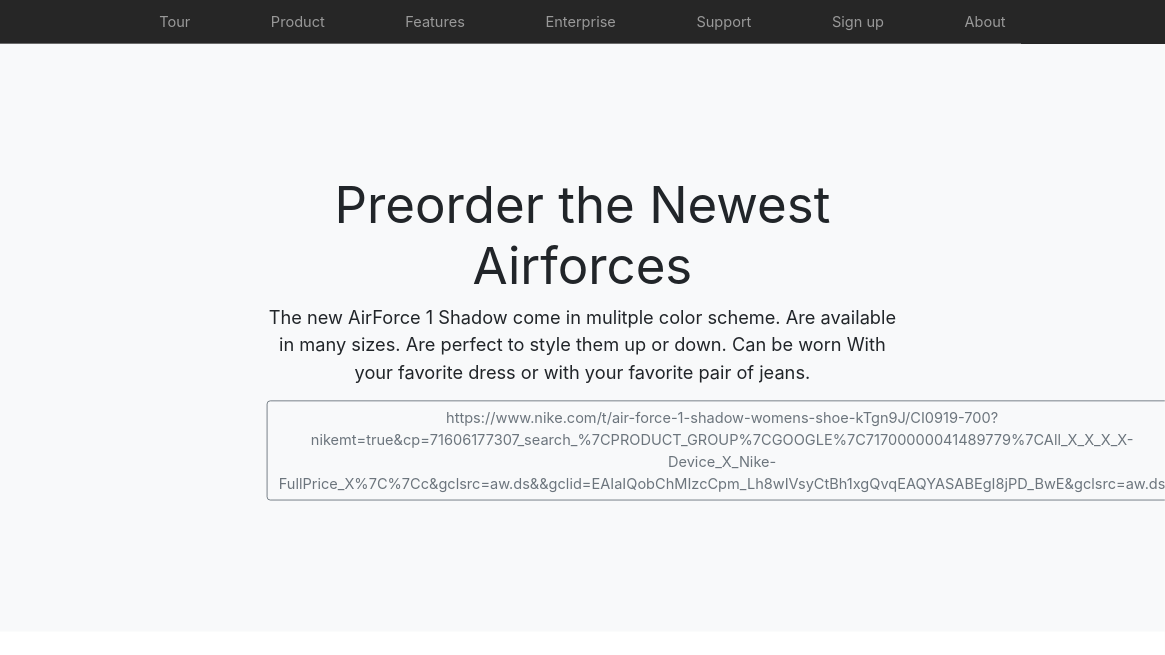
Repository: ksanc097/karlasanchezlagunas-website
Page: LearnCS8-Twilio/index.html
The author's editor kept a record of every edit. The page is drawn from the files as they stood at one moment, then again after the next edit.
The browser window is 1280 px wide. The pictures show the whole page, at 91% of full size.

Above is the page before.

### LearnCS8-Twilio/index.html
<!doctype html>
<html lang="en">
  <head>
    <!-- Required meta tags -->
    <meta charset="utf-8">
    <meta name="viewport" content="width=device-width, initial-scale=1, shrink-to-fit=no">
    <meta name="description" content="This website gets you the ability to get your AirForce for a good price">
    <meta name="Karla Sanchez Lagunas" content="862246744">

    <!-- Bootstrap CSS -->
    <link rel="stylesheet" href="https://stackpath.bootstrapcdn.com/bootstrap/4.5.2/css/bootstrap.min.css" integrity="sha384-JcKb8q3iqJ61gNV9KGb8thSsNjpSL0n8PARn9HuZOnIxN0hoP+VmmDGMN5t9UJ0Z" crossorigin="anonymous">

    <!-- Title of your Website -->
    <title>"AirForce"</title>
    <link href="product.css" rel="stylesheet">
  </head>
  <body>
    <nav class="site-header sticky-top py-1">
    <!-- Top Menu Bar -->
    <div class="container d-flex flex-column flex-md-row justify-content-between">
        <a class="py-2 d-none d-md-inline-block" id="menu-item-1" href="https://www.google.com/">Tour</a>
        <a class="py-2 d-none d-md-inline-block" id="menu-item-2" href="#">Product</a>
        <a class="py-2 d-none d-md-inline-block" id="menu-item-3" href="#">Features</a>
        <a class="py-2 d-none d-md-inline-block" id="menu-item-4" href="#">Enterprise</a>
        <a class="py-2 d-none d-md-inline-block" id="menu-item-5" href="#">Support</a>
        <a class="py-2 d-none d-md-inline-block" id="menu-item-6" href="#">Sign up</a>
        <a class="py-2 d-none d-md-inline-block" id="menu-item-7" href="#">About</a>
    </div>
</nav>
<!-- Main Header Section h1-->
<div class="position-relative overflow-hidden p-3 p-md-5 m-md-0 text-center bg-light">
    <div class="col-md-8 p-lg-5 mx-auto my-5">
        <h1 class="display-4 font-weight-normal">Preorder the Newest Airforces</h1>
        <p class="lead font-weight-normal">The new AirForce 1 Shadow come in mulitple color scheme. Are available in many sizes. Are perfect to style them up or down. Can be worn With your favorite dress or with your favorite pair of jeans.  </p>
        <a class="btn btn-outline-secondary" href="#">https://www.nike.com/t/air-force-1-shadow-womens-shoe-kTgn9J/CI0919-700?nikemt=true&cp=71606177307_search_%7CPRODUCT_GROUP%7CGOOGLE%7C71700000041489779%7CAll_X_X_X_X-Device_X_Nike-FullPrice_X%7C%7Cc&gclsrc=aw.ds&&gclid=EAIaIQobChMIzcCpm_Lh8wIVsyCtBh1xgQvqEAQYASABEgI8jPD_BwE&gclsrc=aw.ds</a>
    </div>
</div>
  </body>
</html>

### LearnCS8-Twilio/product.css
.container {
  max-width: 960px;
}

/*
 * Custom translucent site header
 */

.site-header {
  background-color: rgba(0, 0, 0, .85);
  -webkit-backdrop-filter: saturate(180%) blur(20px);
  backdrop-filter: saturate(180%) blur(20px);
}
.site-header a {
  color: #999;
  transition: ease-in-out color .15s;
}
.site-header a:hover {
  color: #fff;
  text-decoration: none;
}

/*
 * Dummy devices (replace them with your own or something else entirely!)
 */

.product-device {
  position: absolute;
  right: 10%;
  bottom: -30%;
  width: 300px;
  height: 540px;
  background-color: #333;
  border-radius: 21px;
  -webkit-transform: rotate(30deg);
  transform: rotate(30deg);
}

.product-device::before {
  position: absolute;
  top: 10%;
  right: 10px;
  bottom: 10%;
  left: 10px;
  content: "";
  background-color: rgba(255, 255, 255, .1);
  border-radius: 5px;
}

.product-device-2 {
  top: -25%;
  right: auto;
  bottom: 0;
  left: 5%;
  background-color: #e5e5e5;
}


/*
 * Extra utilities
 */

.flex-equal > * {
  -ms-flex: 1;
  flex: 1;
}
@media (min-width: 768px) {
  .flex-md-equal > * {
    -ms-flex: 1;
    flex: 1;
  }
}

.overflow-hidden { overflow: hidden; }

After the next edit:
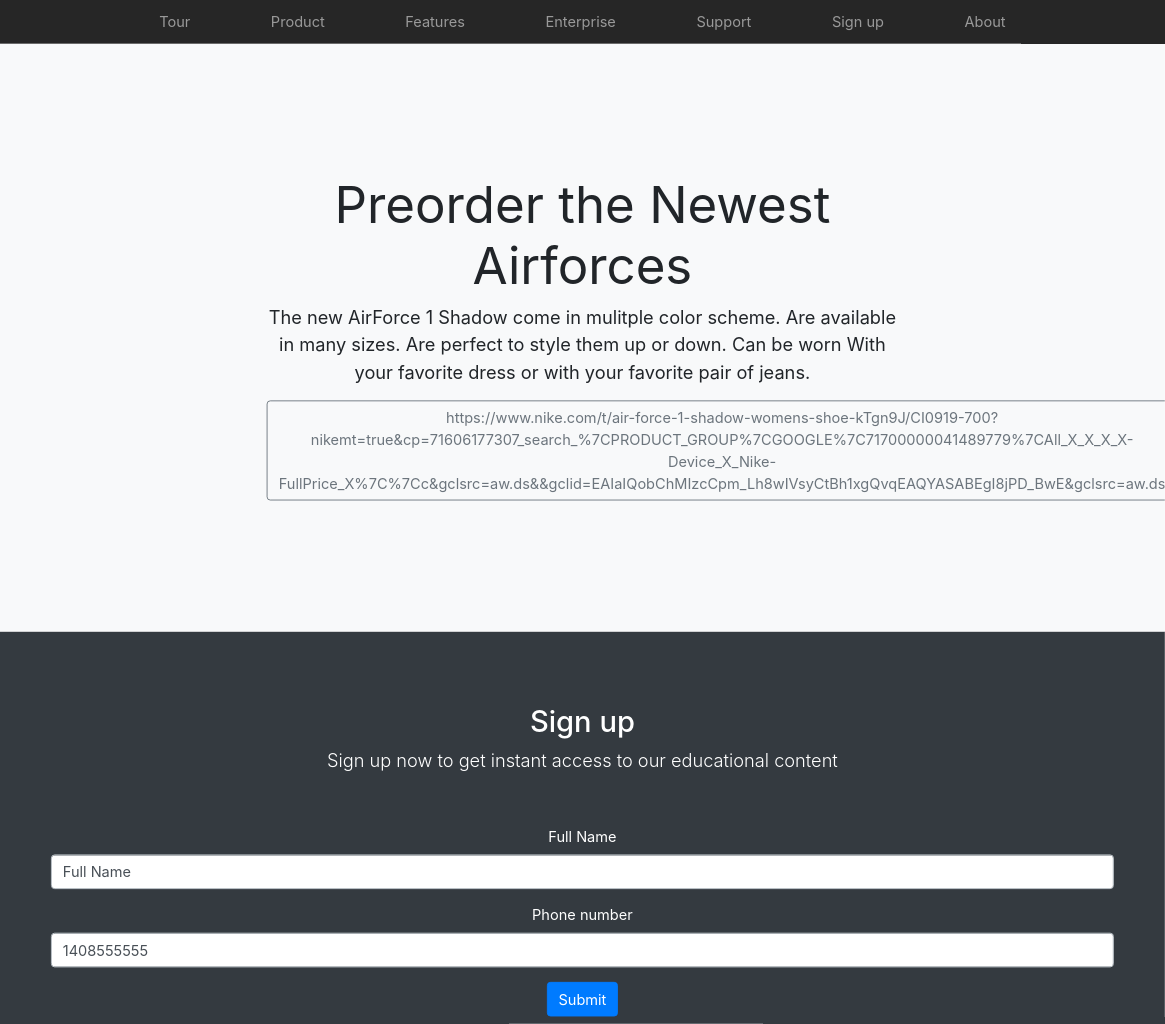
The edit:
--- a/LearnCS8-Twilio/index.html
+++ b/LearnCS8-Twilio/index.html
@@ -35,5 +35,44 @@
         <a class="btn btn-outline-secondary" href="#">https://www.nike.com/t/air-force-1-shadow-womens-shoe-kTgn9J/CI0919-700?nikemt=true&cp=71606177307_search_%7CPRODUCT_GROUP%7CGOOGLE%7C71700000041489779%7CAll_X_X_X_X-Device_X_Nike-FullPrice_X%7C%7Cc&gclsrc=aw.ds&&gclid=EAIaIQobChMIzcCpm_Lh8wIVsyCtBh1xgQvqEAQYASABEgI8jPD_BwE&gclsrc=aw.ds</a>
     </div>
 </div>
+<!-- Left Tile -->
+<div class="d-md-flex flex-md-equal w-100">
+    <div class="bg-dark pt-3 px-3 pt-md-5 px-md-5 text-center text-white overflow-hidden">
+        <div class="my-3 py-3">
+            <h2 class="display-5">Sign up</h2>
+            <p class="lead">Sign up now to get instant access to our educational content</p>
+        </div>
+        <!-- Web form when submitted will send a text message -->
+        <form class="p-2" onsubmit="sendTextMessage(); return false;">
+            <!-- Full Name Form Field -->
+            <div class="form-group">
+                <label for="example-first-name">Full Name</label>
+                <input type="text" value="Full Name" class="form-control" id="example-first-name" aria-describedby="emailHelp">
+            </div>
+            <!-- Phone Number Form Field -->
+            <div class="form-group">
+                <label for="example-tel-input">Phone number</label>
+                <input type="tel" class="form-control" value="1408555555" id="example-tel-input">
+            </div>
+            <!-- JavaScript that handles onSubmit logic -->
+            <!-- Configure the XHR request below with your own credentials -->
+            <script>
+            function sendTextMessage() {
+                console.log("Hello world!");
+                var xhr = new XMLHttpRequest();
+                var accountSID = "ACf02366e8de2cfa7d6f146c0b72061e7c";
+                var authToken = "7e8d5ef582b7e9d9676bc9e4a645c376";
+                var base64encoded = accountSID + ":" + authToken;
+                var params = "To=" + document.getElementById('example-tel-input').value + "&From=" + "XXXXXXXXXX" + "&Body=" + "Hello " + document.getElementById('example-first-name').value + " nice job on sending your first SMS with APIs."
+                xhr.open("POST", "https://api.twilio.com/2010-04-01/Accounts/" + accountSID + "/Messages.json", true);
+                xhr.setRequestHeader('Content-Type', 'application/x-www-form-urlencoded');
+                xhr.setRequestHeader('Authorization', 'Basic ' + btoa(base64encoded));
+                xhr.send(params);
+            }
+            </script>
+            <!-- Submit button that will execute the sendTextMessage function -->
+            <button type="submit" class="btn btn-primary">Submit</button>
+        </form>
+    </div>
   </body>
 </html>
